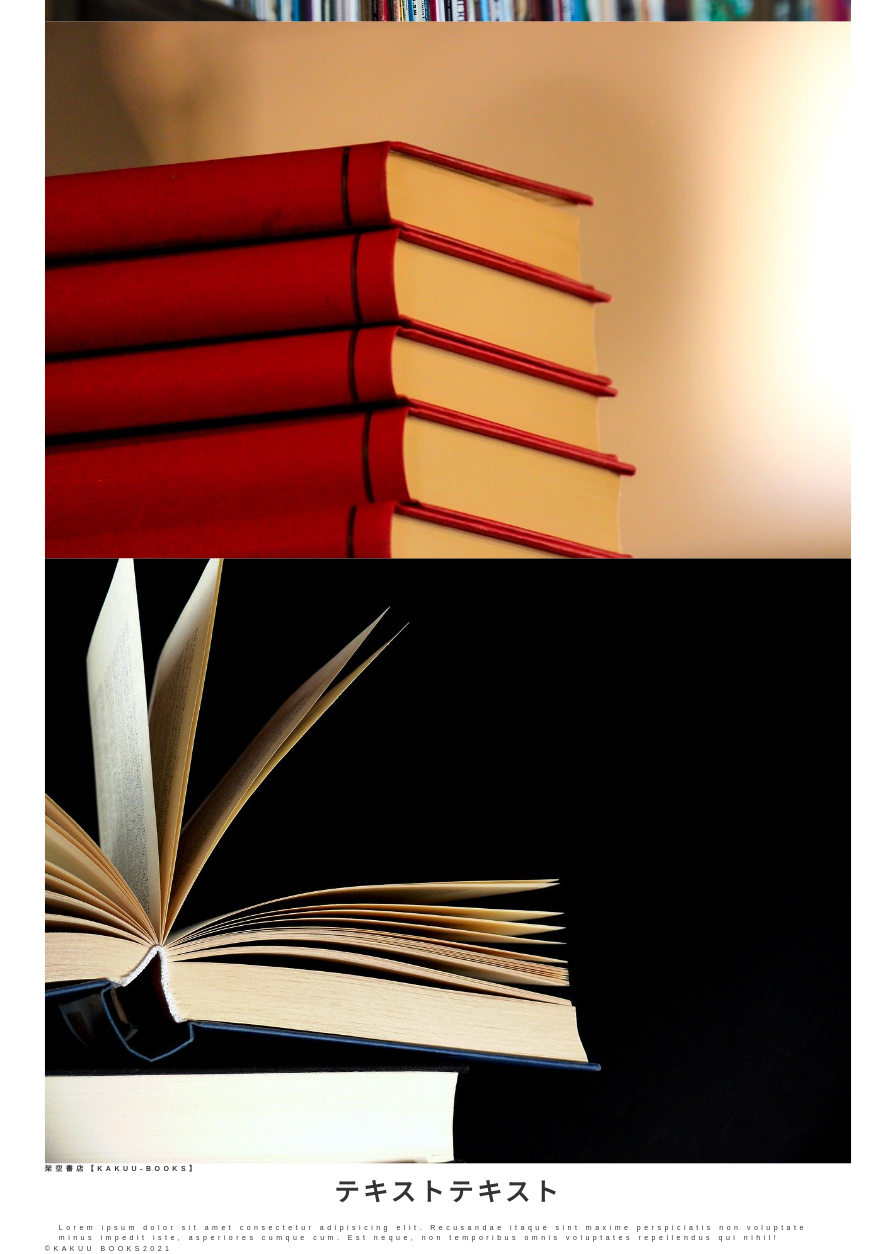
Repository: ppmp556/kakuubook
Page: index.html
The author's editor kept a copy of each file at every save. The page is drawn from the files as they stood at one save, then again after the next save.
The browser window is 1280 px wide. The pictures show the part of the page from y = 737 to 2657 px (the page is 2528 px tall before and 2657 px after), at 70% of full size.
The style sheet was rebuilt from its Sass, Less or Tailwind sources for each picture, by a compiler version that may differ from the author's.

Above is the page before, as saved 2020-12-22 20:44:56.

After the next save:
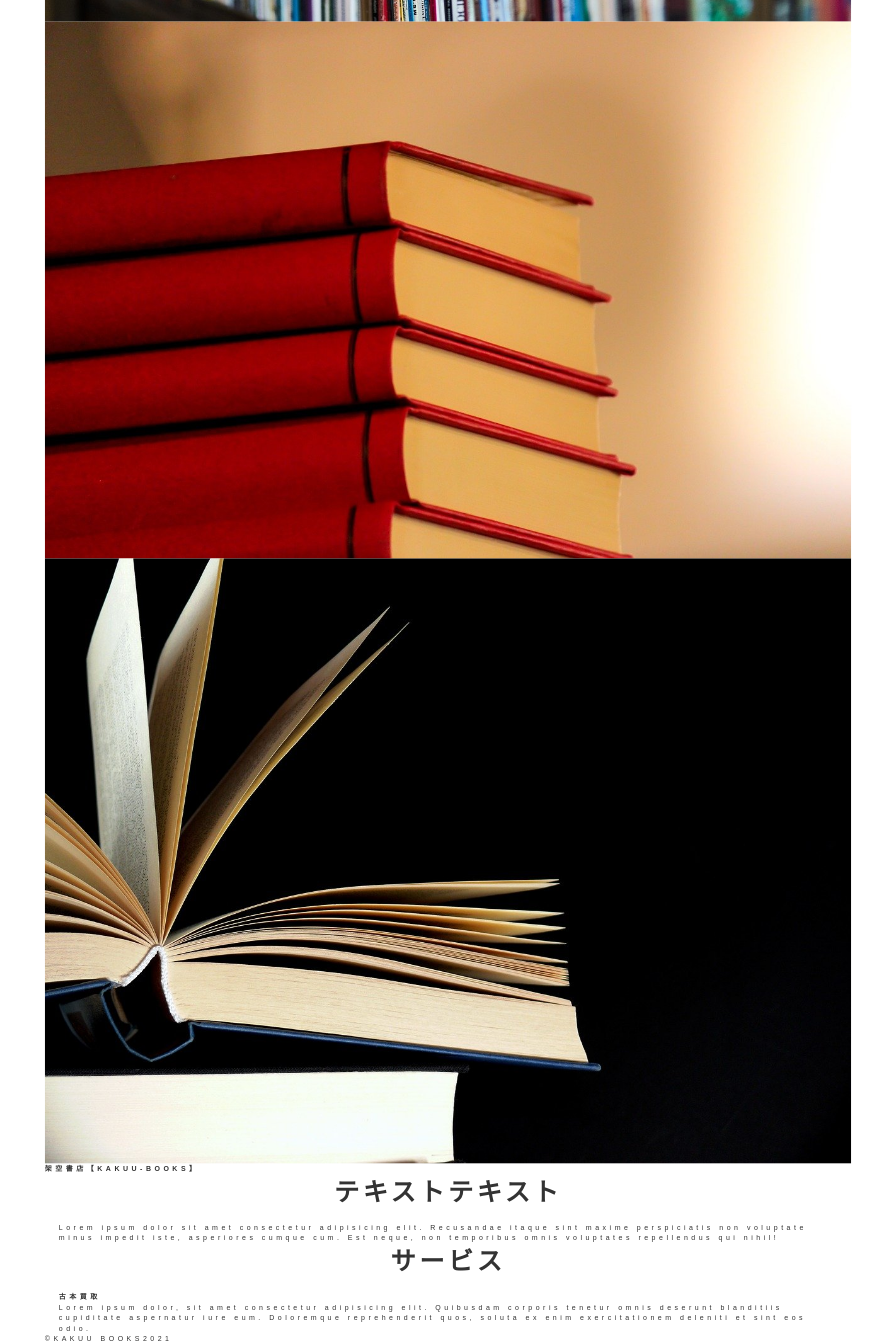
Saved 3 min 23 s later.
--- a/index.html
+++ b/index.html
@@ -110,7 +110,25 @@
       </section>
       <!-- about sectionここまで -->
 
-      <section class="service" id="service"></section><!-- /.service -->
+      <section class="service" id="service">
+        <h2 class="section_ttl">サービス</h2>
+        <div class="section_inner">
+
+          <div class="service_box">
+            <div class="service_imgbox">
+              <img src="" alt="">
+            </div><!-- /.service_imgbox -->
+            <h3 class="service_ttl">
+              古本買取
+            </h3><!-- /.service_ttl -->
+            <p class="service_txt">
+              Lorem ipsum dolor, sit amet consectetur adipisicing elit. Quibusdam corporis tenetur omnis deserunt blanditiis cupiditate aspernatur iure eum. Doloremque reprehenderit quos, soluta ex enim exercitationem deleniti et sint eos odio.
+            </p><!-- /.service_txt -->
+          </div><!-- /.service_box -->
+
+
+        </div><!-- /.section_inner -->
+      </section><!-- /.service -->
 
 
 
